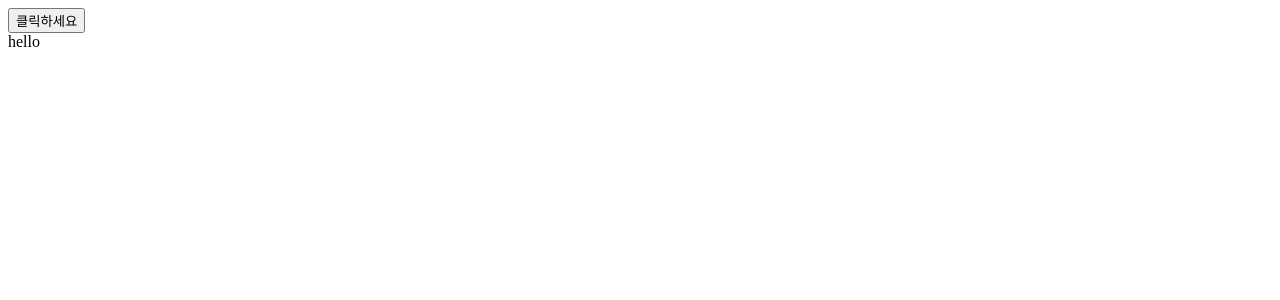
Repository: bk6717/jspwork
Page: http://localhost/blog/test/AjaxRequestTest.jsp
The author's editor kept a copy of each file at every save. The page is drawn from the files as they stood at one save, then again after the next save.
The browser window is 1280 px wide. The pictures show the whole page.
After loading, the first visible `button` was clicked once.
The page is served by Tomcat 9.

Above is the page before, as saved 2020-06-02 05:08:54.

After the next save:
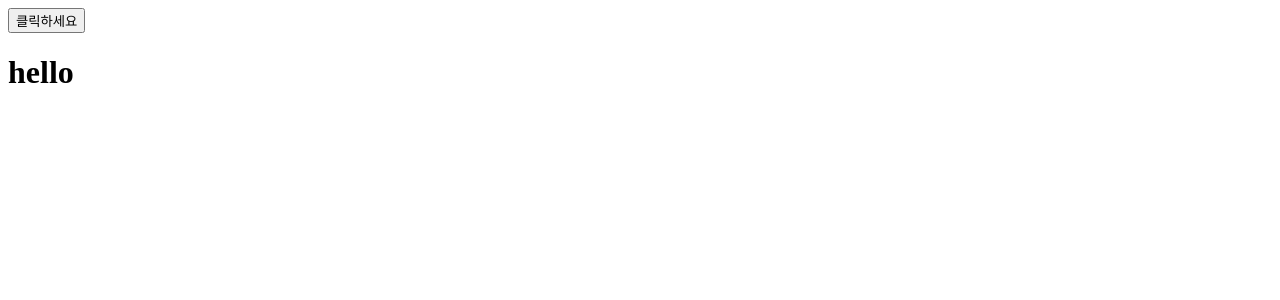
Saved 7 s later.
--- a/blog2/src/com/cos/blog/WebContent/test/AjaxRequestTest.jsp
+++ b/blog2/src/com/cos/blog/WebContent/test/AjaxRequestTest.jsp
@@ -17,8 +17,7 @@
 <script>
 function start(){
 	$('#demo').html("<h1>hello</h1>");
-	$('#demo').text("hello");
-	$('#demo').val("hello");
+
 }
 </script>
 
